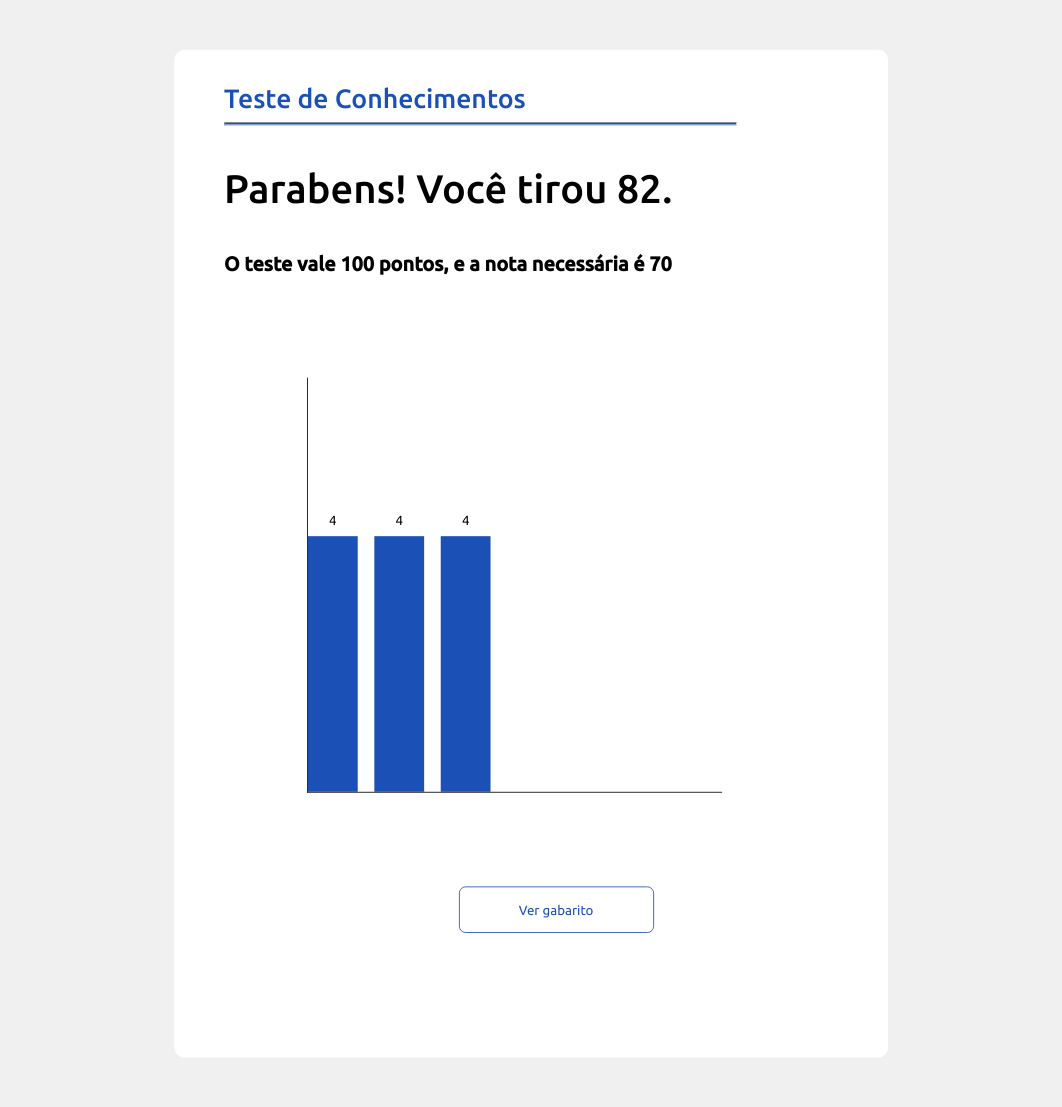
Repository: Delei09/desafioPerguntas
Page: /resultado (app in frontend/)
The author's editor kept a copy of each file at every save. The page is drawn from the files as they stood at one save, then again after the next save.
The browser window is 1280 px wide. The pictures show the whole page, at 83% of full size.
The project was rebuilt for these pictures with package versions that can differ from the ones it lists, and the page was loaded fresh each time. A package was used in the major version that the imports need, not the one package.json lists. Also part of the build but not shown: frontend/src/styles/home.scss, frontend/src/page/Home.tsx, frontend/src/styles/gabarito.scss, frontend/src/page/Gabarito.tsx.

Above is the page before, as saved 2021-08-19 08:39:23.

### frontend/public/index.html
<!DOCTYPE html>
<html lang="Pt-Br">
  <head>
    <meta charset="utf-8" />
    <meta name="viewport" content="width=device-width, initial-scale=1" />
    <meta name="theme-color" content="#000000" />
    <link rel="preconnect" href="https://fonts.googleapis.com">
    <link rel="preconnect" href="https://fonts.gstatic.com" crossorigin>
    <link href="https://fonts.googleapis.com/css2?family=Ubuntu:wght@400;500&display=swap" rel="stylesheet">

    <title>Desafio Inatel</title>
  </head>
  <body>
    <noscript>You need to enable JavaScript to run this app.</noscript>
    <div id="root"></div>
  </body>
</html>

### frontend/src/index.tsx
import React from 'react';
import ReactDOM from 'react-dom';
import App from './App';
import './styles/global.scss'

ReactDOM.render(
  <React.StrictMode>
    <App />
  </React.StrictMode>,
  document.getElementById('root')
);

### frontend/src/App.tsx
import Rotas from './Rotas';
import ContextPerguntas  from './contexto/PerguntasContext';
import {BrowserRouter } from 'react-router-dom'


const perguntasMatematica= [  {
  pergunta: 'Quanto é 2 + 2?',
  options: [
    "1",
    "2",
    "4",
  ],
  resposta: "4",
  id: 'p1',
},{
  pergunta: 'Quanto é 2 x 2?',
  options: [
    "0",
    "1",
    "4",
  ],
  resposta: "4",
  id: 'p2',
},{
  pergunta: 'Quanto é 10 x 10?',
  options: [
    "0",
    "10",
    "100",
  ],
  resposta: "100",
  id: 'p3',
},{
  pergunta: 'Quanto é 10 - 10?',
  options: [
    "0",
    "10",
    "100",
  ],
  resposta: "0",
  id: 'p4',
}]

const perguntasHistoria= [  {
  pergunta: 'Na mitologia grega, Ares é considerado o deus da?',
  options: [
    "Morte",
    "Guerra",
    "Familia",
  ],
  resposta: "Guerra",
  id: 'p1',
},{
  pergunta: 'Como é chamada a Conjuração Baiana?',
  options: [
    "Revolta dos Alfaiates",
    "Guerra da Cisplatina",
    "Balaiada",
  ],
  resposta: "Revolta dos Alfaiates",
  id: 'p2',
},{
  pergunta: 'Uma das grandes descobertas do período Paleolítico foi?',
  options: [
    "O fogo",
    "A roda",
    "O sedentarismo",
  ],
  resposta: "O fogo",
  id: 'p3',
},{
  pergunta: 'Evento que marca o inicio da Idade Antiga?',
  options: [
    "A invenção da escrita",
    "A descoberta do fogo",
    "A invenção da roda",
  ],
  resposta: "A invenção da escrita",
  id: 'p4',
}]


const perguntasGeografia= [  {
  pergunta: 'Qual é a capital do Acre?',
  options: [
    "Rio Branco",
    "Rio de janeiro",
    "Palmas",
  ],
  resposta: "Rio Branco",
  id: 'p1',
},{
  pergunta: 'O Brasil é de qual continente?',
  options: [
    "America do norte",
    "America do sul",
    "Europa",
  ],
  resposta: "America do sul",
  id: 'p2',
},{
  pergunta: 'Qual a capital da Guatemala?',
  options: [
    "Guatemala",
    "Lisboa",
    "Madagascar",
  ],
  resposta: "Guatemala",
  id: 'p3',
},{
  pergunta: 'Quantos países tem a América?',
  options: [
    "37",
    "50",
    "23",
  ],
  resposta: "37",
  id: 'p4',
}]

function App() {


  return (
    <div className="App">
      <BrowserRouter>
        <ContextPerguntas.Provider  value = { {perguntasMatematica, perguntasHistoria, perguntasGeografia } } >
            <Rotas />
      </ContextPerguntas.Provider>
      </BrowserRouter>

    </div>
  );
}

export default App;

### frontend/src/styles/global.scss
*{
 margin:0;
 padding:0;
 box-sizing: border-box;
 text-decoration: none;
}
body{
 font-family: 'Ubuntu', sans-serif;
 background: #F0F0F0;

}
.App{
 padding-left: 60px ;
 padding-top: 40px;
 background: #FFFFFF;
 max-width: 860px;
 height: 100%;
 min-height: 500px;
 border-radius: 12px;
 margin:60px auto;
}


input[type='radio'] {
all: unset;
content: '';
position: relative;
padding:0px 5px;
background-color: white;
border: solid #222222 3px;
margin-right: 5px;

}
input[type='radio']:checked {
 content: 's';
 color: white;
background-origin: border-box;
 background-image: url('../img/backgroundRadio.png');
 background-position: center;
 background-repeat: space;
 background-size: 18px;


 }

### frontend/src/Rotas.tsx
import React from 'react';
import { useState } from 'react';
import Home from './page/Home';
import { Route, Switch  } from 'react-router-dom'
import Resultado from './page/Resultado';
import Gabarito from './page/Gabarito';
import ContextResposta from './contexto/RespostaContext';

type perguntaType =  {

    p1 : string,
    p2 : string,
    p3 : string,
    p4 : string

   }

const Rotas = () => {

 const [respMat, setRespMat] = useState<perguntaType>({} as perguntaType)
 const [respHis, setRespHis] = useState<perguntaType>({} as perguntaType)
 const [respGeo, setRespGeo] = useState<perguntaType>({} as perguntaType)
console.log(respGeo)
 return(

    <Switch>
        <ContextResposta.Provider value = {{ respMat , respHis , respGeo }} >
            <Route exact  path = '/'>
                <Home setMat = {setRespMat} setHis = {setRespHis}  setGeo = {setRespGeo} />
            </Route>
            <Route  path = '/resultado'>
                <Resultado />
            </Route>
            <Route  path = '/gabarito'>
                <Gabarito />
            </Route>
      </ContextResposta.Provider>
  </Switch>

 )
} ;

export default Rotas;

### frontend/src/contexto/PerguntasContext.ts
import { createContext} from 'react'

type perguntaType =  {
 pergunta: string;
 options: string[];
 resposta: string;
 id: string;
}[]

type contextType = {
 perguntasHistoria : perguntaType,
 perguntasMatematica : perguntaType,
 perguntasGeografia : perguntaType,
}
const ContextPerguntas   = createContext<contextType>( {} as contextType)
export default ContextPerguntas

### frontend/src/page/Resultado.tsx
import React from 'react'
import ContainerMain from '../components/ContainerMain'
import Header from '../components/Header'
import '../styles/resultado.scss'
import  ContextResposta  from '../contexto/RespostaContext'
import { useContext } from 'react'
import ContextPerguntas from '../contexto/PerguntasContext'


const Resultado = () => {

const { respGeo, respHis, respMat} = useContext(ContextResposta)
const { perguntasGeografia, perguntasHistoria, } = useContext(ContextPerguntas)
console.log(respGeo, respHis, respMat)
 return(
  <div className = 'divResultado'>
     <Header titulo = 'Teste de Conhecimentos' />
     <h2 className = 'h2Resultado'>Parabens! Você tirou 82.</h2>
     <ContainerMain titulo = 'O teste vale 100 pontos, e a nota necessária é 70'>
          <div className= 'divResultadoGrafico'>

                 <div> <div className = 'graficoMat'></div>  4 </div>
                 <div> <div className = 'graficoHis'></div>  4 </div>
                 <div> <div className = 'graficoGeo'></div>  4 </div>


          </div>

          <a href = '/gabarito' className= 'linkResultado'>Ver gabarito</a>
     </ContainerMain>

 </div>
 )
}

export default Resultado

### frontend/src/contexto/RespostaContext.ts
import { createContext} from 'react'

type perguntaType =  {

 p1 : string,
 p2 : string,
 p3 : string,
 p4 : string

}

type contextType = {
 respHis : perguntaType,
 respMat : perguntaType,
 respGeo : perguntaType,
}
const ContextResposta   = createContext<contextType>( {} as contextType)
export default ContextResposta

### frontend/src/components/Header.tsx
import React from 'react';
import '../styles/header.scss'


type headerType = {
 titulo: string;
}


const Header = (props : headerType) => {

 return(
  <header className="headerApp">
   {props.titulo}
   <hr className="headerLinha"/>
  </header>
 )
} ;

export default Header

### frontend/src/components/ContainerMain.tsx
import React from 'react';
import '../styles/containerMain.scss'

type mainType = {
 titulo : string
}


const Main: React.FC<mainType> = ({...props}) => {

 return(
  <section>
       <h2>{props.titulo}</h2>
       <div>
          {props.children}
       </div>

  </section>
 )
} ;

export  default Main;

### frontend/src/styles/resultado.scss
.divResultado{
  display: flex;
  flex-direction: column;
}
.divResultadoGrafico{
 border:solid  black 1px ;
 border-top: none;
 border-right: none;
 width: 500px;
 height: 500px;
 margin-top: 98px;
 margin-left: 100px;
 margin-bottom: 98px;
 display: flex;
 align-items: flex-end;
 gap: 20px;
  div{
    gap:10px;
    display: flex;
    flex-direction: column-reverse;
    align-items: center;
  }
  .graficoMat{
    width: 60px;
    background-color: #1B50B6;
    height: 308px
 }
 .graficoGeo{
  width: 60px;
  background-color: #1B50B6;
  height: 308px
}
.graficoHis{
  width: 60px;
  background-color: #1B50B6;
  height: 308px
}

}
.linkResultado{
 color: #1B50B6;
 height: 56px;
 width: 235px;
 border-radius: 8px;
 border: 1px solid #1B50B6;
 display: flex;
 align-items: center;
 justify-content: center;
 align-self: center;
 margin-bottom: 150px;

}
.h2Resultado{
 margin-top: 48px ;
 font-family: Ubuntu;
font-size: 48px;
font-style: normal;
font-weight: 500;
line-height: 55px;
letter-spacing: 0em;
text-align: left;

}

### frontend/src/styles/header.scss
.headerApp{
 color: #1B50B6;
 font-size: 32px;
 font-style: normal;
 font-weight: 500;
 line-height: 37px;
 letter-spacing: 0em;
 text-align: left;
 width:100%;
 max-width: 618px;

 hr{
  margin-top:10px ;
  background: #1B50B6;
  height: 4px;
  width: 618px;
 }
}

### frontend/src/styles/containerMain.scss
section{
 display : flex;
 flex-direction: column;
 gap : 24px;

  >div{
   display : flex;
   flex-direction: column;
   gap : 15px;
   h4{
    margin-bottom: 15px;
   }
  }

 hr{
  background: #C4C4C4;
  height: 1px;
  max-width: 616px;
  margin-top: 22px;
 }
 h2{
  margin-top:51px
 }

}

.mainOpcao{
 display : flex;
 flex-direction: column;
 gap : 22px;
 input{
  margin-right: 5px;
 }
}

After the next save:
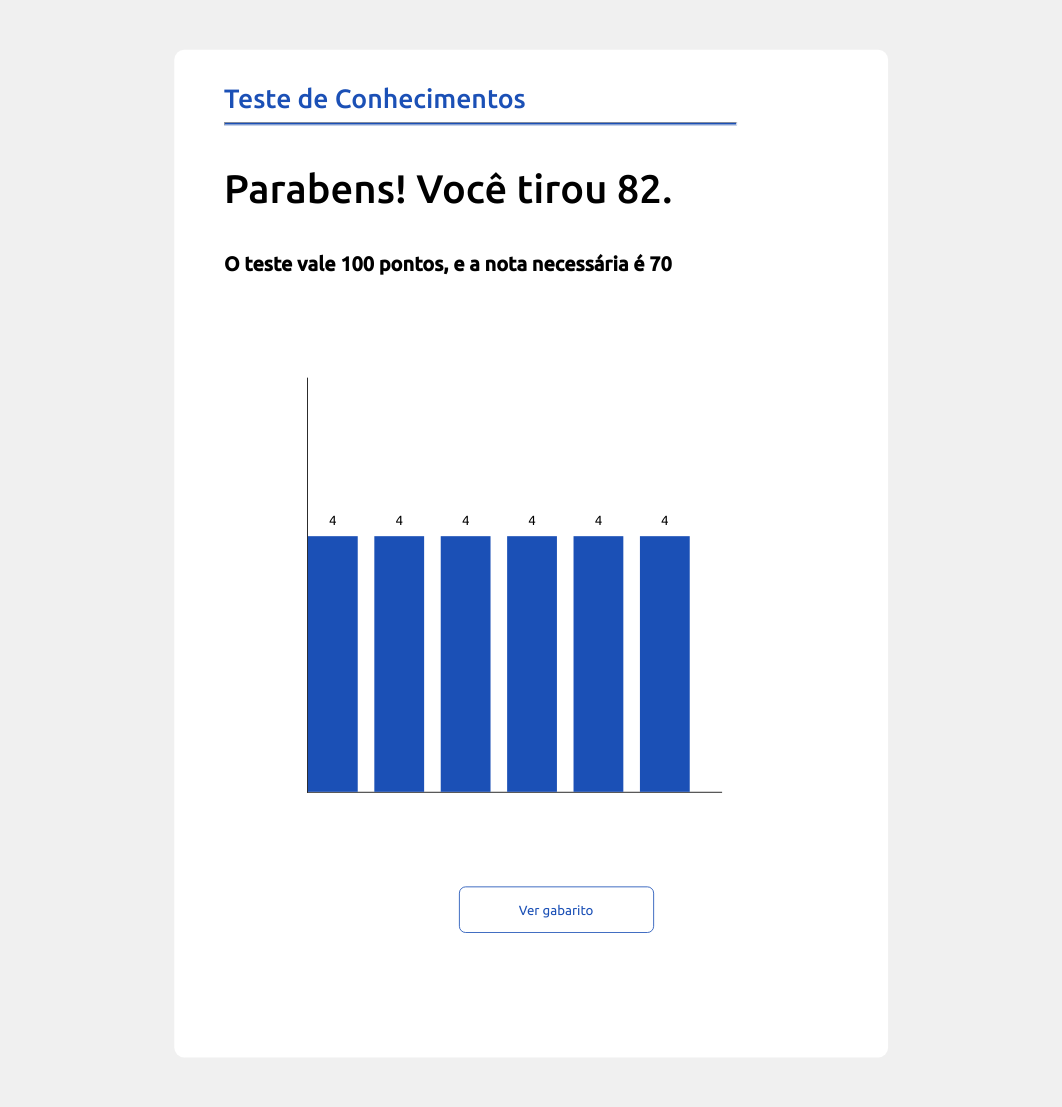
Saved 38 s later.
--- a/frontend/src/page/Resultado.tsx
+++ b/frontend/src/page/Resultado.tsx
@@ -20,8 +20,13 @@ console.log(respGeo, respHis, respMat)
           <div className= 'divResultadoGrafico'>
 
                  <div> <div className = 'graficoMat'></div>  4 </div>
+                 <div> <div className = 'graficoMat'></div>  4 </div>
+
                  <div> <div className = 'graficoHis'></div>  4 </div>
+                 <div> <div className = 'graficoMat'></div>  4 </div>
+
                  <div> <div className = 'graficoGeo'></div>  4 </div>
+                 <div> <div className = 'graficoMat'></div>  4 </div>
 
 
           </div>
